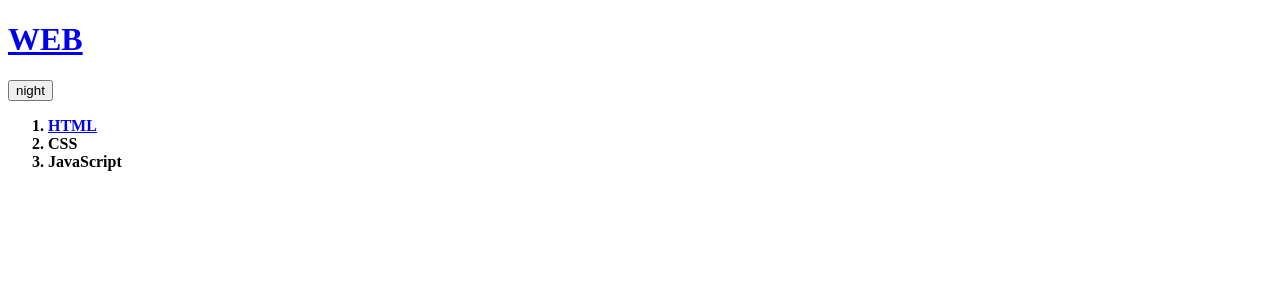
Repository: gitul0515/JavaScript
Page: 생활코딩/web2_javascript-master/web2_javascript-master/1.html
An editor plug-in stored every save of this project. The page is shown before and after a run of saves, followed by the edit.
The browser window is 1280 px wide. The pictures show the whole page.
Some web libraries are served in a nearby version.

Above is the page before, as saved 2022-03-07 20:46:26.

### 생활코딩/web2_javascript-master/web2_javascript-master/1.html
<!doctype html>
<html>
<head>
  <title>WEB1 - HTML</title>
  <meta charset="utf-8">
  <script src="https://ajax.googleapis.com/ajax/libs/jquery/3.2.1/jquery.min.js"></script>
  <script src="colors.js"></script>
  <style>
    li {
      font-weight: 600;
      cursor: pointer;
    }
  </style>
</head>
<body>
  <h1><a href="index.html">WEB</a></h1>
  <input id="night_day" type="button" value="night" onclick="
    nightDayHandler(this);
  ">
  <ol>
    <li><a href="#!html" onclick="fetchPage('html')">HTML</a></li>
    <li onclick="fetchPage('css')"><a href=""></a> CSS</li>
    <li onclick="fetchPage('javascript')">JavaScript</li>
  </ol>
  <article></article>
  <script>
    function fetchPage(fileName) {
      fetch(fileName)
      .then(response => response.text())
      .then(text => {
        document.querySelector('article').innerHTML = text;
      })
    }
  </script>
</body>
</html>

### 생활코딩/web2_javascript-master/web2_javascript-master/colors.js
var Links = {
  setColor:function(color){
    // var alist = document.querySelectorAll('a');
    // var i = 0;
    // while(i < alist.length){
    //   alist[i].style.color = color;
    //   i = i + 1;
    // }
    $('a').css('color', color);
  }
}
var Body = {
  setColor:function (color){
    //document.querySelector('body').style.color = color;
    $('body').css('color', color);
  },
  setBackgroundColor:function (color){
    // document.querySelector('body').style.backgroundColor = color;
    $('body').css('backgroundColor', color);
  }
}
function nightDayHandler(self){
  var target = document.querySelector('body');
  if(self.value === 'night'){
    Body.setBackgroundColor('black');
    Body.setColor('white');
    self.value = 'day';

    Links.setColor('white');
  } else {
    Body.setBackgroundColor('white');
    Body.setColor('black');
    self.value = 'night';

    Links.setColor('blue');
  }
}

After the next 12 saves:
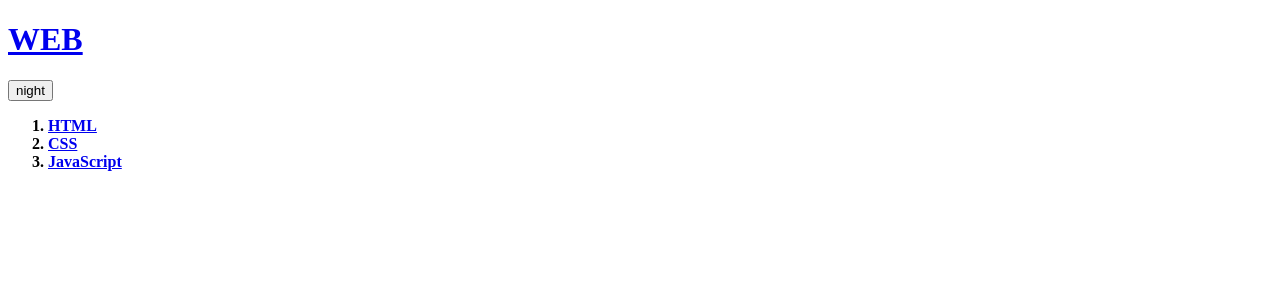
The 12 saves are shown as one change because they came seconds apart.
The last was saved 26 s later.
--- a/생활코딩/web2_javascript-master/web2_javascript-master/1.html
+++ b/생활코딩/web2_javascript-master/web2_javascript-master/1.html
@@ -19,8 +19,8 @@
   ">
   <ol>
     <li><a href="#!html" onclick="fetchPage('html')">HTML</a></li>
-    <li onclick="fetchPage('css')"><a href=""></a> CSS</li>
-    <li onclick="fetchPage('javascript')">JavaScript</li>
+    <li onclick="fetchPage('css')"><a href="#!css">CSS</a></li>
+    <li onclick="fetchPage('javascript')"><a href="#!javascript">JavaScript</a></li>
   </ol>
   <article></article>
   <script>
